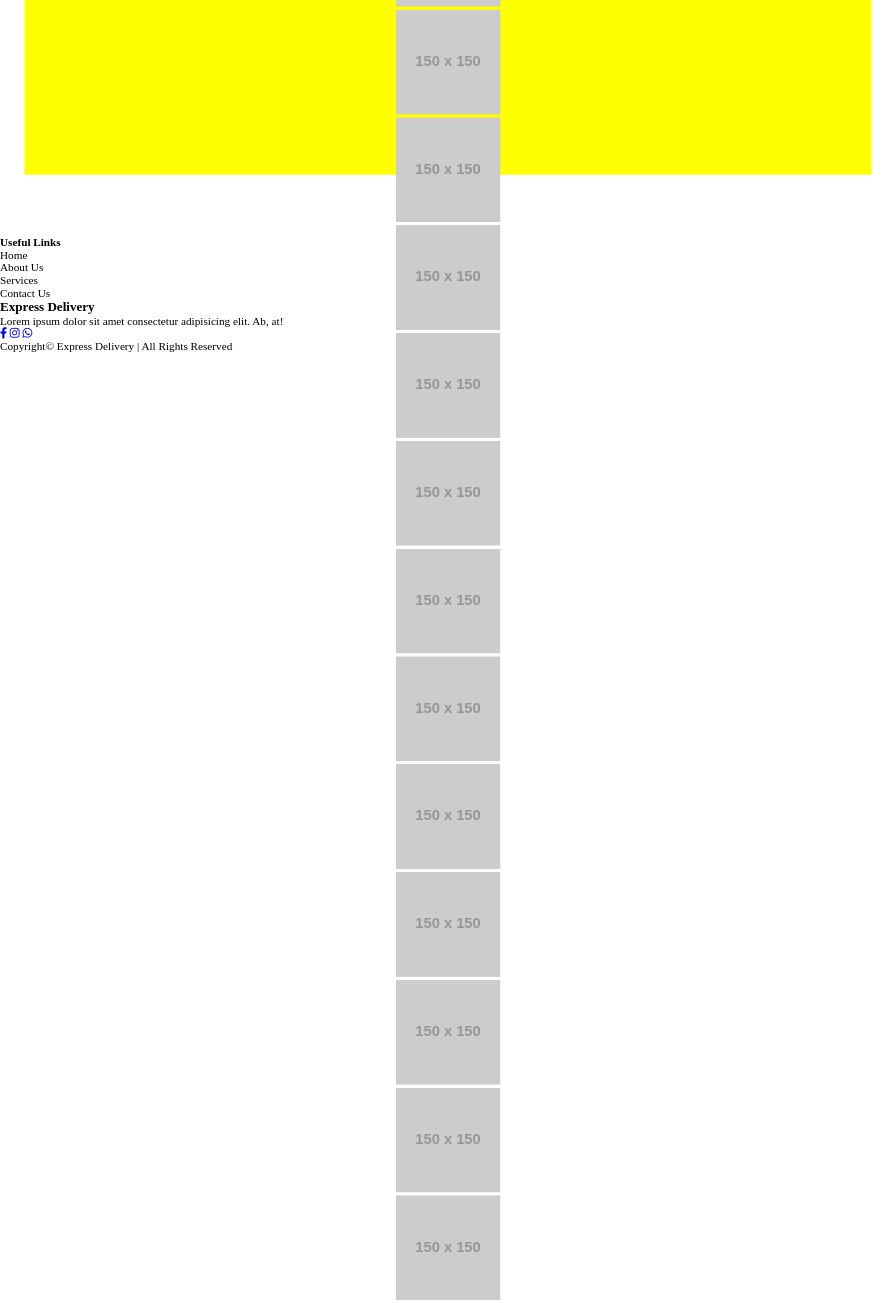
Repository: just-mann/express-delivery
Page: index.html
These files come from the project's save history. The page is drawn as it stood at one moment and after the next save; the edit follows.
The browser window is 1280 px wide. The pictures show the part of the page from y = 1741 to 3661 px (the page is 3603 px tall before and 3819 px after), at 70% of full size.
The style sheet was rebuilt from its Sass, Less or Tailwind sources for each picture, by a compiler version that may differ from the author's.

Above is the page before, as saved 2021-06-30 15:00:37.

### index.html
<!DOCTYPE html>
<html lang="en">
<head>
    <meta charset="UTF-8">
    <meta http-equiv="X-UA-Compatible" content="IE=edge">
    <meta name="viewport" content="width=device-width, initial-scale=1.0">
    <meta name="author" content="Justin Kollie">
    <meta name="description" content="Reliable shipping solutions across the U.S.">
    <link rel="stylesheet" href="/css/style.css">
    <link rel="stylesheet" href="https://cdnjs.cloudflare.com/ajax/libs/font-awesome/5.15.3/css/all.min.css" referrerpolicy="no-referrer" />
    <title>Express Delivery | Your trusted delivery system</title>
</head>
<body id="top">
    <header>
        <div class="top-section">
            <p><i class="fas fa-headphones"></i> 401 123 4567</p>
            <p class="emailAdd"><i class="fas fa-envelope"></i> expressdelivery@email.com</p>
            <p><i class="fas fa-map-marker-alt"></i> Providence, RI</p>
        </div>
        <nav>
            <a href="#" class="logo"><span>Express</span>Delivery</a>
            <div class="nav__links">
                <a href="#">Home</a>
                <a href="#">About</a>
                <a href="#">Services</a>
                <a class="quoteGet" href="#contact-us">Get a Quote</a>
            </div>
        </nav>
        <section class="hero__div">
            <div class="hero__section">
                <div class="hero__overlay">
                    <h2>Express Delivery</h2>
                    <p class="firstPara">Lorem ipsum, dolor sit amet consectetur adipisicing elit. Cumque, numquam.</p>
                    <p class="secondPara">Lorem ipsum dolor sit amet.</p>
                    <a href="#aboutUs">Scroll Down</a>
                </div>
            </div>
        </section>
    </header>
    <section class="product__description">

    </section>
    <section class="aboutUs" id="aboutUs">
        <h3>About Express Delivery</h3>
        <p>
            Lorem ipsum dolor sit amet consectetur adipisicing elit.
            Repellat consectetur alias sed dolores aspernatur asperiores!
        </p>
        <div class="about__card-div">
            <div class="card">
                <div class="imgDiv">
                    <img src="/images/container_ship.jpg" alt="card1">
                </div>
                <div>
                    <h4>Lorem ipsum dolor sit.</h4>
                    <h6>Lorem, ipsum.</h6>
                    <p>
                        Lorem ipsum dolor sit amet, consectetur adipisicing elit.
                        Laboriosam a excepturi minima tenetur error magnam incidunt
                        et expedita quo eveniet maxime sint, placeat modi nemo!
                    </p>
                </div>
            </div>
            <div class="card">
                <div class="imgDiv">
                    <img src="/images/container_ship.jpg" alt="card1">
                </div>
                <div>
                    <h4>Lorem ipsum dolor sit.</h4>
                    <h6>Lorem, ipsum.</h6>
                    <p>
                        Lorem ipsum dolor sit amet, consectetur adipisicing elit.
                        Laboriosam a excepturi minima tenetur error magnam incidunt
                        et expedita quo eveniet maxime sint, placeat modi nemo!
                    </p>
                </div>
            </div>
            <div class="card">
                <div class="imgDiv">
                    <img src="/images/container_ship.jpg" alt="card1">
                </div>
                <div>
                    <h4>Lorem ipsum dolor sit.</h4>
                    <h6>Lorem, ipsum.</h6>
                    <p>
                        Lorem ipsum dolor sit amet, consectetur adipisicing elit.
                        Laboriosam a excepturi minima tenetur error magnam incidunt
                        et expedita quo eveniet maxime sint, placeat modi nemo!
                    </p>
                </div>
            </div>
        </div>
    </section>
    <section class="contact" id="contact-us">
        <h3>Request a Quote</h3>
        <form action="">
            <select name="services" id="services">
                <option>Select Service</option>
                <option value="service1">Service 1</option>
                <option value="service2">Service 2</option>
                <option value="service3">Service 3</option>
                <option value="service4">Service 4</option>
            </select>
            <input type="text" placeholder="Length cm">
            <input type="text" placeholder="Height cm">
            <input type="text" name="country-from" id="country-from" placeholder="From Country">
            <input type="text" name="country-to" id="country-to" placeholder="To Country">
            <input type="text" name="weight" id="weight" placeholder="Weight kg">
            <input type="email" name="email" id="email" placeholder="Email">
            <input type="submit" value="Get Quote">
        </form>
    </section>
    <section class="gallery">
        <h3>Express Delivery Gallery</h3>
        <div class="gallery__div">
            <li><img src="https://placehold.co/150x150"></li>
            <li><img src="https://placehold.co/150x150"></li>
            <li><img src="https://placehold.co/150x150"></li>
            <li><img src="https://placehold.co/150x150"></li>
            <li><img src="https://placehold.co/150x150"></li>
            <li><img src="https://placehold.co/150x150"></li>
            <li><img src="https://placehold.co/150x150"></li>
            <li><img src="https://placehold.co/150x150"></li>
            <li><img src="https://placehold.co/150x150"></li>
            <li><img src="https://placehold.co/150x150"></li>
            <li><img src="https://placehold.co/150x150"></li>
            <li><img src="https://placehold.co/150x150"></li>
            <li><img src="https://placehold.co/150x150"></li>
        </div>
    </section>
    <footer class="footer">
        <section class="footer__top">
            <div class="usefulLinks">
                <h4>Useful Links</h4>
                <li>Home</li>
                <li>About Us</li>
                <li>Services</li>
                <li>Contact Us</li>
            </div>
            <div>
                <h3>Express Delivery</h3>
                <p>
                    Lorem ipsum dolor sit amet consectetur adipisicing elit. Ab, at!
                </p>
                <div class="social__links">
                    <a href="#"><i class="fab fa-facebook-f"></i></a>
                    <a href="#"><i class="fab fa-instagram"></i></a>
                    <a href="#"><i class="fab fa-whatsapp"></i></a>
                </div>
            </div>
        </section>
        <section class="footer__bottom">
            <p>Copyright&copy Express Delivery | All Rights Reserved</p>
        </section>
    </footer>
</body>
</html>

### Sass/style.scss
@import 'reset';
@import 'default__styles';
@import 'mixins';

body {
    position: relative;
}


header {
    .top-section {
        background: $secondary__color;
        color: $light__white;
        display: flex;
        justify-content: flex-start;
        align-items: center;
        // padding: 15px 0px;
        @include my_container;
        height: 45px;

        p {
            font-family: $third__font;
            font-size: 0.87rem;
            color: $dark__white;
            letter-spacing: 0.3px;
            margin: 0 10px;

            .emailAdd {
                border-left: 1px solid red;
                border-right: 1px solid red;
            }

            i {
                transition: 0.7s;
            }



            &:hover {
                i {
                    color: $primary__color;
                }
            }
        }
    }

    nav {
        // position: sticky;
        // top: 0;
        // left: 0;
        @include my_container;
        width: 100%;
        height: 95px;
        // padding: 0px 35px;
        background: $light__white;
        display: flex;
        justify-content: space-between;
        align-items: center;

        .logo {
            font-size: 2.3rem;
            color: $primary__color;
            font-weight: 450;
            letter-spacing: 1px;
            font-family: $primary__font;
            span {
                color: $secondary__color;
            }
        }

        .nav__links {
            a {
                color: $secondary__color;
                font-size: 1rem;
                margin: 0 15px;
                transition: 0.5s;
                font-family: $secondary__font;
                font-weight: 150;
                letter-spacing: 0.5px;

                &:hover {
                    color: $primary__color;
                }

            }

            .quoteGet {
                @include btn_style;
            }
        }
    }

    .hero__div {
        height: 90vh;
        z-index: 0;
        .hero__section {
            width: 100%;
            height: 100%;
            display: flex;
            justify-content: center;
            align-items: center;
            background: url('/images/heroImg.jpg') no-repeat center center / cover;

            .hero__overlay {
                // display: none;
                background: rgba(0, 0, 0, 0.678);
                height: 100%;
                width: 100%;
                display: flex;
                align-items: center;
                justify-content: center;
                flex-direction: column;
                color: $light__white;
                text-align: center;

                h2 {
                    font-size: 5rem;
                    margin-top: 30px;
                    font-family: $secondary__font;
                    font-weight: 90;
                }

                .firstPara {
                    font-family: $third__font;
                    font-size: 1.2rem;
                    font-weight: 300;
                    line-height: 1.4em;
                    margin: 30px 0px 6px 0px;
                    color: $dark__white;
                }
                .secondPara {
                    font-family: $third__font;
                    font-size: 1rem;
                    font-weight: 300;
                    line-height: 1.4em;
                    margin: 5px 0px;
                    color: $dark__white;
                }

                a {
                    @include btn_style;
                    margin: 80px 0px 5px 0px;
                }
            }
        }
    }
}





// About Us
.aboutUs {
    // @include my_container;
    max-width: 100%;
    min-height: 50vh;
    text-align: center;
    margin: 0px auto;
    padding-top: 30px;
    padding-bottom: 15px;
    background: rgb(248, 245, 245);

    h3 {

    }

    p {

    }

    .about__card-div {
        // background: yellow;
        max-width: 100%;
        margin: 0 auto;
        padding: 25px;
        display: grid;
        justify-content: center;
        align-items: center;
        grid-template-columns: repeat(3, 300px);

        .card {
            min-height: 500px;
            margin: 10px 20px;
            text-align: center;
            &:hover {
                // @include divShadow;
            }

            .imgDiv {
                min-height: 30%;
                padding: 0px;
            }

            img {
                width: 100%;
                min-height: 100%;
                object-fit: cover;
            }

            div {
                padding: 15px;
                margin: 0 auto;
                text-align: left;
                background: $dark__white;

                h4 {
                    font-size: 1.3rem;
                }

                h6 {

                }

                p {

                }
            }
        }
    }
}

.gallery {
    padding: 35px;
    height: 80vh;

    h3 {
        font-family: $secondary__font;
        font-size: 2.5rem;
        text-align: center;
        letter-spacing: 2.5px;
    }

    .gallery__div {
        background: yellow;
        height: 80%;
        padding: 15px 35px;
        text-align: center;
        width: 100%;
        margin: 0 auto;
        // float: left;

        div {
            background: lightgray;
            width: 40px;
            height: 40px;
            margin: 0 auto;
            text-align: center;
            @include grid(4, 2%);

        }
    }
}

### Sass/default__styles.scss
// Google Fonts
@import url('https://fonts.googleapis.com/css2?family=Abel&family=Dancing+Script:wght@300&family=Fredoka+One&family=Permanent+Marker&family=Red+Hat+Text:wght@300&family=Roboto:wght@100&family=Sacramento&display=swap');



// Styles for items like buttons, links, lists, and colors, fonts, etc..

// Variables
$primary__color: #F34963;
$secondary__color: #560c88;
$light__white: #ffffff;
$dark__white: #d1d1d1;
$primary__font: 'Permanent Marker', cursive;
$secondary__font: 'Fredoka One', cursive;
$third__font: 'Red Hat Text', sans-serif;








html {
    scroll-behavior: smooth;
}

a {
    text-decoration: none;
}

ul, li {
    list-style: none;
}

### Sass/mixins.scss
// Button Mixin
@mixin btn_style {
    border: none;
    background: $primary__color;
    color: $light__white;
    padding: 10px 15px;
    font-family: $secondary__font;
    font-weight: 150;
    letter-spacing: 1px;

    &:hover {
        color: $light__white;
        cursor: pointer;
    }
}

@mixin divShadow {
    box-shadow: -1px -3px 46px 16px rgba(0,0,0,0.23);
        -webkit-box-shadow: -1px -3px 46px 16px rgba(0,0,0,0.23);
        -moz-box-shadow: -1px -3px 46px 16px rgba(0,0,0,0.23);
}

@mixin my_container {
    padding: 0px 60px;
}


// Grid Mixin
@mixin grid($cols, $mgn) {
    float: left;
    margin-left: $mgn;
    margin-bottom: $mgn;
    width: (100% - (($cols - 1) * $mgn)) / $cols;
    &:nth-child(#{$cols}n) {
        margin-right: 0;
    }
}

Loaded but not shown: Sass/reset.scss (common file)

After the next save:
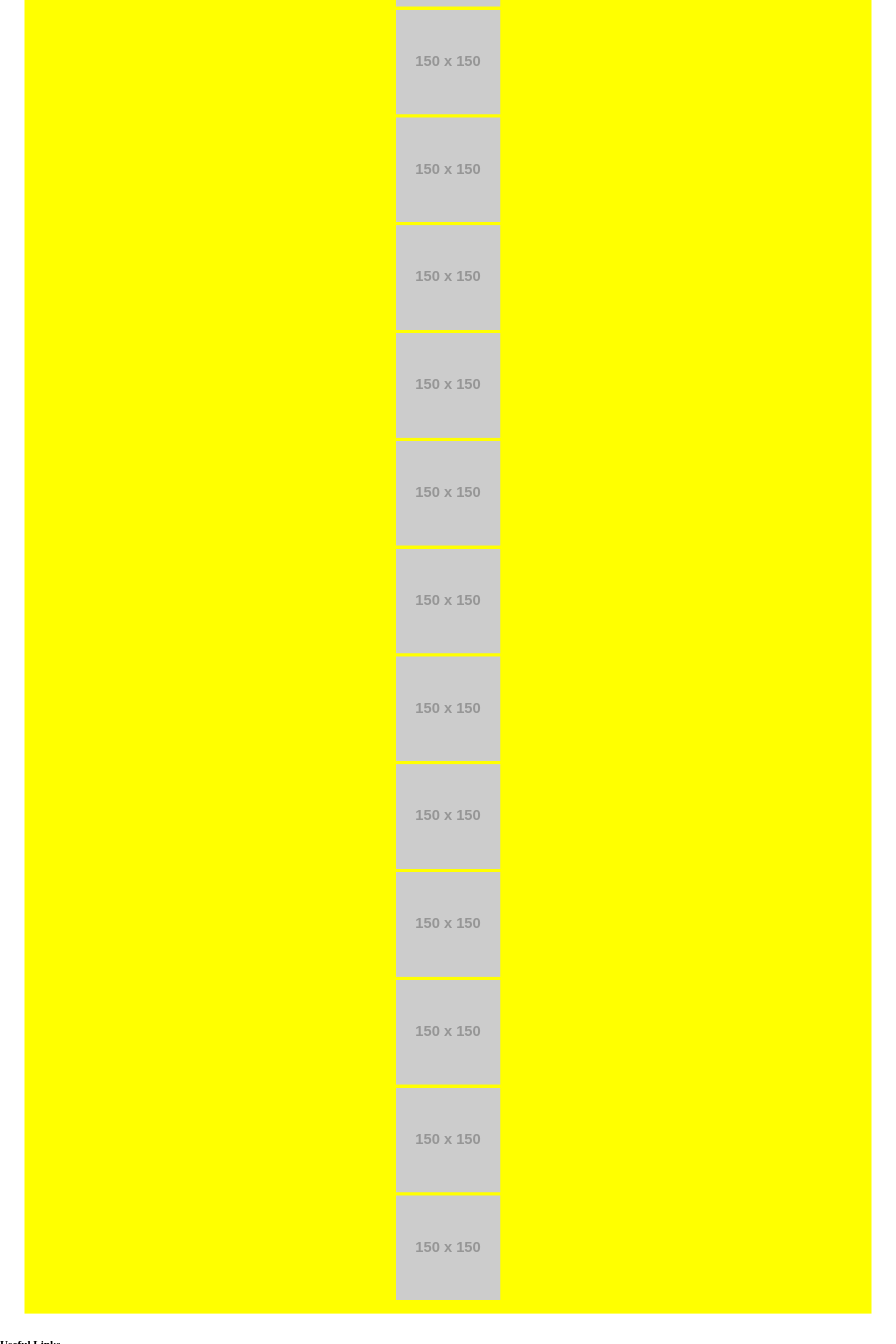
Saved 14 s later.
--- a/Sass/style.scss
+++ b/Sass/style.scss
@@ -222,7 +222,7 @@ header {
 
 .gallery {
     padding: 35px;
-    height: 80vh;
+    min-height: 80vh;
 
     h3 {
         font-family: $secondary__font;
